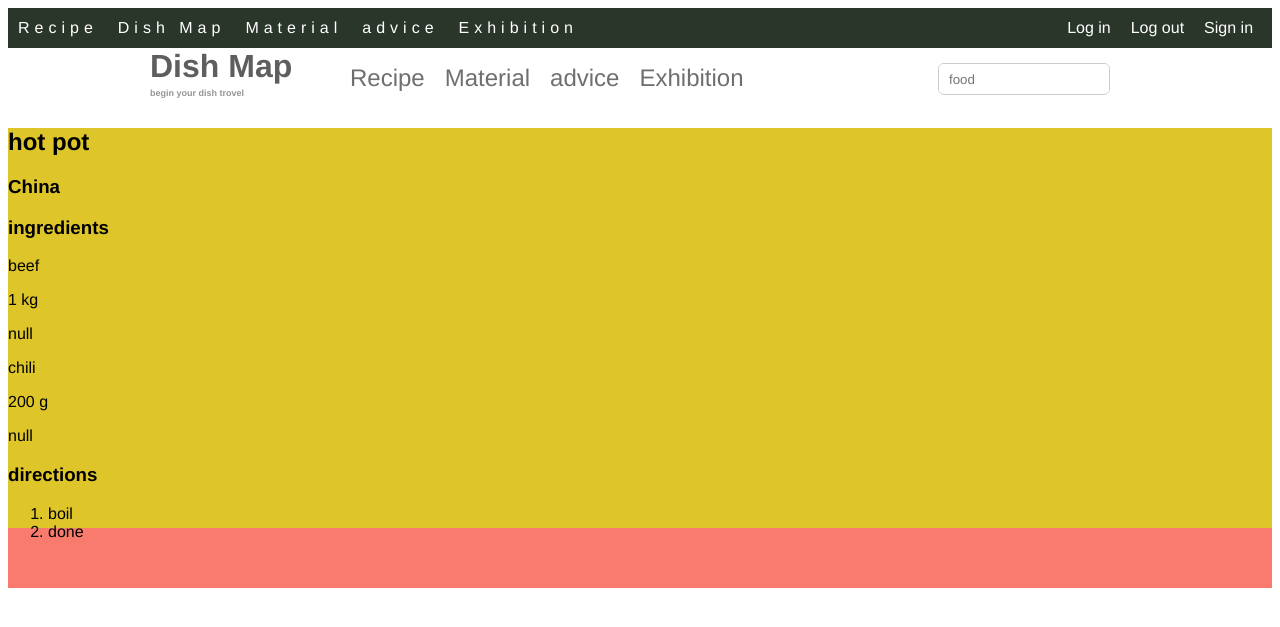
Repository: WenqingXie20581/Desk13
Page: /cookbook/China/2 (app in DishMap/)
These files come from the project's save history. The page is drawn as it stood at one moment and after the next save; the edit follows.
The browser window is 1280 px wide. The pictures show the whole page.
The project was rebuilt for these pictures with package versions that can differ from the ones it lists, and the page was loaded fresh each time. Also part of the build but not shown: DishMap/angular.json, DishMap/src/app/cookbook/cookbook.component.ts, DishMap/src/app/worldmap/worldmap.component.ts.

Above is the page before, as saved 2021-04-06 20:03:35.

After the next save:
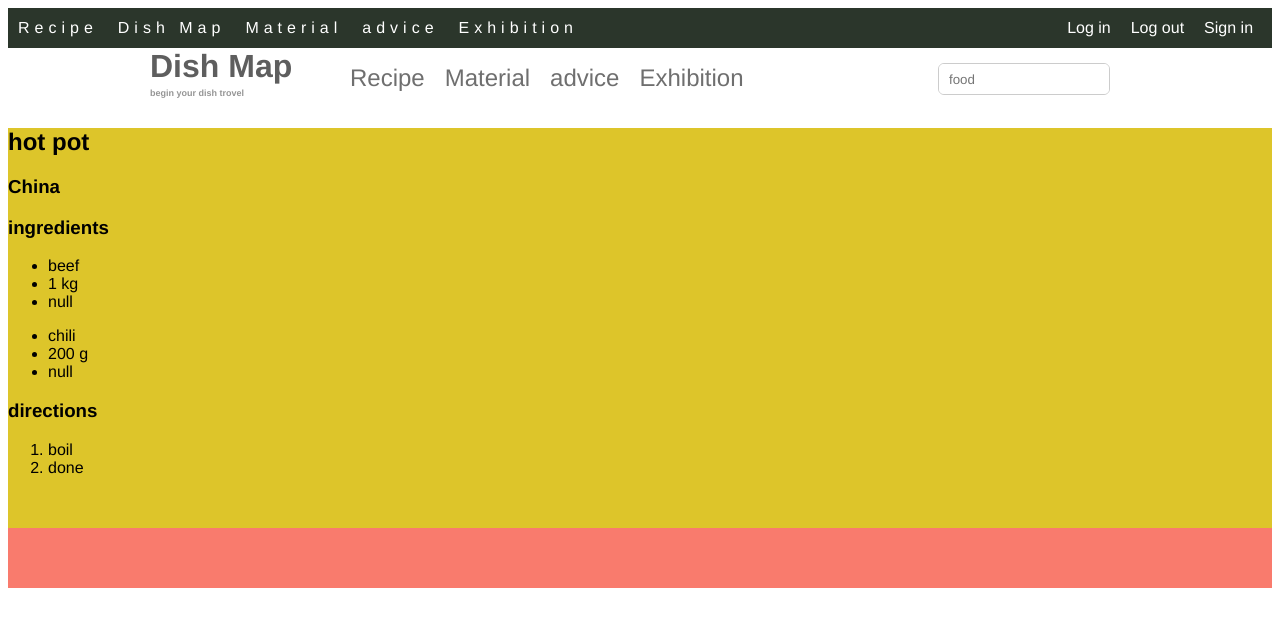
Saved 58 s later.
--- a/DishMap/src/app/recipe/recipe.component.html
+++ b/DishMap/src/app/recipe/recipe.component.html
@@ -2,11 +2,11 @@
     <h2>{{ recipe.title }}</h2>
     <h3>{{recipe.nationality}}</h3>
     <h3>ingredients</h3>
-    <div *ngFor="let ingredient of recipe.ingredients">
-        <p>  {{ingredient.name}}</p>
-        <p>  {{ingredient.quantity}}</p>
-        <p>  {{ingredient.treatment}}</p>
-    </div>
+        <ul *ngFor="let ingredient of recipe.ingredients">
+            <li>{{ingredient.name}}</li>
+            <li>{{ingredient.quantity}}</li>
+            <li>{{ingredient.treatment}}</li>
+        </ul>
 
     <h3>directions</h3>
     <ol>
